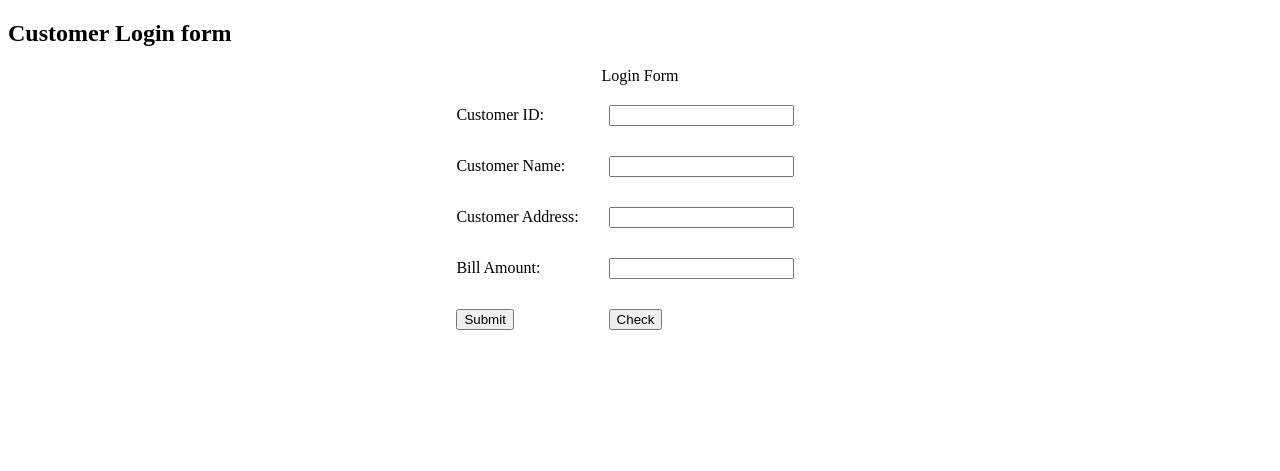
Repository: abhishek110597/Deloitte
Page: Workspace/JavaTraining/CustomerForm.html
The author's editor kept a copy of each file at every save. The page is drawn from the files as they stood at one save, then again after the next save.
The browser window is 1280 px wide. The pictures show the whole page.

Above is the page before, as saved 2019-12-30 09:46:09.

### Workspace/JavaTraining/CustomerForm.html
<!DOCTYPE html>
<html>
<head>
<meta charset="ISO-8859-1">
<title>Customer login form</title>
<script type="text/javascript">
	function validate() {
		cid = false
		cname = false
		caddress = false
		billamt = false

		var customerId = document.getElementById("customerId").value
		var customerName = document.getElementById("customerName").value
		var customerAddress = document.getElementById("customerAddress").value
		var billAmount = document.getElementById("billAmount").value
		var errorCustomerId = document.getElementById("errorCustomerId")
		var errorCustomerName = document.getElementById("errorCustomerName")
		var errorCustomerAddress = document
				.getElementById("errorCustomerAddress")
		var errorbillAmount = document.getElementById("errorbillAmount")

		if (customerId == 0 || customerId.length < 6) {
			errorCustomerId.innerHTML = "<font color='red'>Invalid CustomerID, Must have atleast 6 characters"
		} else {
			errorCustomerId.innerHTML = ""
			cid = true
		}

		if (customerAddress == "Pune" || customerAddress == "Mumbai"
				|| customerAddress == "Delhi") {
			errorCustomerAddress.innerHTML = ""
			caddress = true
		} else if (customerAddress == 0) {
			errorCustomerAddress.innerHTML = "<font color='red'>Enter the city"
		} else {
			errorCustomerAddress.innerHTML = "<font color='red'>Invalid City"

		}

		if (customerName == 0) {
			errorCustomerName.innerHTML = "<font color='red'>Invalid Customer Name"
		} else {
			errorCustomerName.innerHTML = ""
			cname = true
		}

		if (billAmount <= 0) {
			errorbillAmount.innerHTML = "<font color='red'>Invalid Bill Amount"
		} else {
			errorbillAmount.innerHTML = ""
			billamt = true
		}
		console.log(cid, cname, caddress, billamt)
		display = document.getElementById("display")
		if (cid == true && cname == true && caddress == true && billamt == true) {
			display.innerHTML = "<font color='green'>Congrats, Your customer saved successfully <br/><br/>Your customer details are :<br/>Customer Id :"
					+ customerId
					+ "<br/>Customer Name :"
					+ customerName
					+ "<br/>Customer Address :"
					+ customerAddress
					+ "<br/>Bill Amount :" + billAmount
		} else {
			display.innerHTML = ""
		}
	}
</script>
</head>
<body>
	<form>
		<h2>Customer Login form</h2>
		<table cellspacing="10" cellpadding="10" border="0" align="center">
			<caption>Login Form</caption>
			<tr>
				<td>Customer ID:</td>
				<td><input type="text" name="customerId" id="customerId" /></td>
				<td><span id="errorCustomerId"></span></td>
			</tr>
			<tr>
				<td>Customer Name:</td>
				<td><input type="text" name="customerName" id="customerName" /></td>
				<td><span id="errorCustomerName"></span></td>
			</tr>
			<tr>
				<td>Customer Address:</td>
				<td><input type="text" name="customerAddress"
					id="customerAddress" /></td>
				<td><span id="errorCustomerAddress"></span></td>
			</tr>
			<tr>
				<td>Bill Amount:</td>
				<td><input type="number" name="billAmount" id="billAmount" /></td>
				<td><span id="errorbillAmount"></span></td>
			</tr>
			<tr>
				<td><input type="submit" value="Submit" id="submit" /></td>
				<td><input type="button" value="Check" id="Go"
					onclick="validate()" /></td>
			</tr>
		</table>
		<div id=display align="center"></div>
	</form>
</body>
</html>

After the next save:
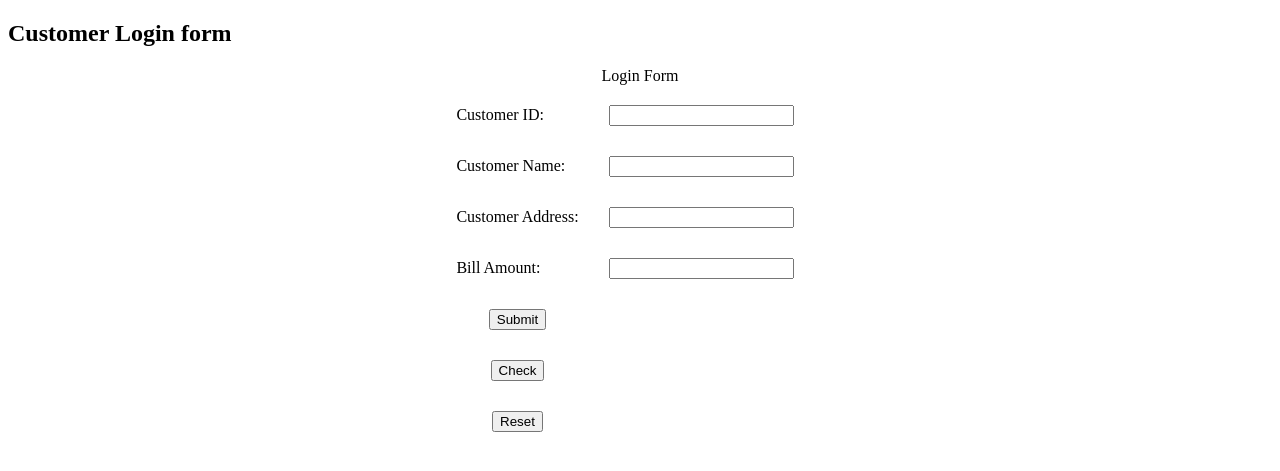
Saved 2 min 52 s later.
--- a/Workspace/JavaTraining/CustomerForm.html
+++ b/Workspace/JavaTraining/CustomerForm.html
@@ -30,7 +30,7 @@
 		if (customerAddress == "Pune" || customerAddress == "Mumbai"
 				|| customerAddress == "Delhi") {
 			errorCustomerAddress.innerHTML = ""
-			caddress = true
+				caddress = true
 		} else if (customerAddress == 0) {
 			errorCustomerAddress.innerHTML = "<font color='red'>Enter the city"
 		} else {
@@ -51,17 +51,15 @@
 			errorbillAmount.innerHTML = ""
 			billamt = true
 		}
-		console.log(cid, cname, caddress, billamt)
+		console.log(cid,cname,caddress,billamt)
 		display = document.getElementById("display")
 		if (cid == true && cname == true && caddress == true && billamt == true) {
 			display.innerHTML = "<font color='green'>Congrats, Your customer saved successfully <br/><br/>Your customer details are :<br/>Customer Id :"
-					+ customerId
-					+ "<br/>Customer Name :"
-					+ customerName
-					+ "<br/>Customer Address :"
-					+ customerAddress
-					+ "<br/>Bill Amount :" + billAmount
-		} else {
+					+ customerId+
+			"<br/>Customer Name :" + customerName+
+			"<br/>Customer Address :" + customerAddress+
+			"<br/>Bill Amount :" + billAmount
+		} else{
 			display.innerHTML = ""
 		}
 	}
@@ -94,12 +92,18 @@
 				<td><span id="errorbillAmount"></span></td>
 			</tr>
 			<tr>
-				<td><input type="submit" value="Submit" id="submit" /></td>
-				<td><input type="button" value="Check" id="Go"
+				<td align="center"><input type="submit" value="Submit"
+					id="submit" /></td>
+			</tr>
+			<tr>
+				<td align="center"><input type="button" value="Check" id="Go"
 					onclick="validate()" /></td>
 			</tr>
+			<tr>
+				<td align="center"><input type="reset" id="reset" /></td>
+			</tr>
 		</table>
-		<div id=display align="center"></div>
+		<div id=display></div>
 	</form>
 </body>
 </html>
